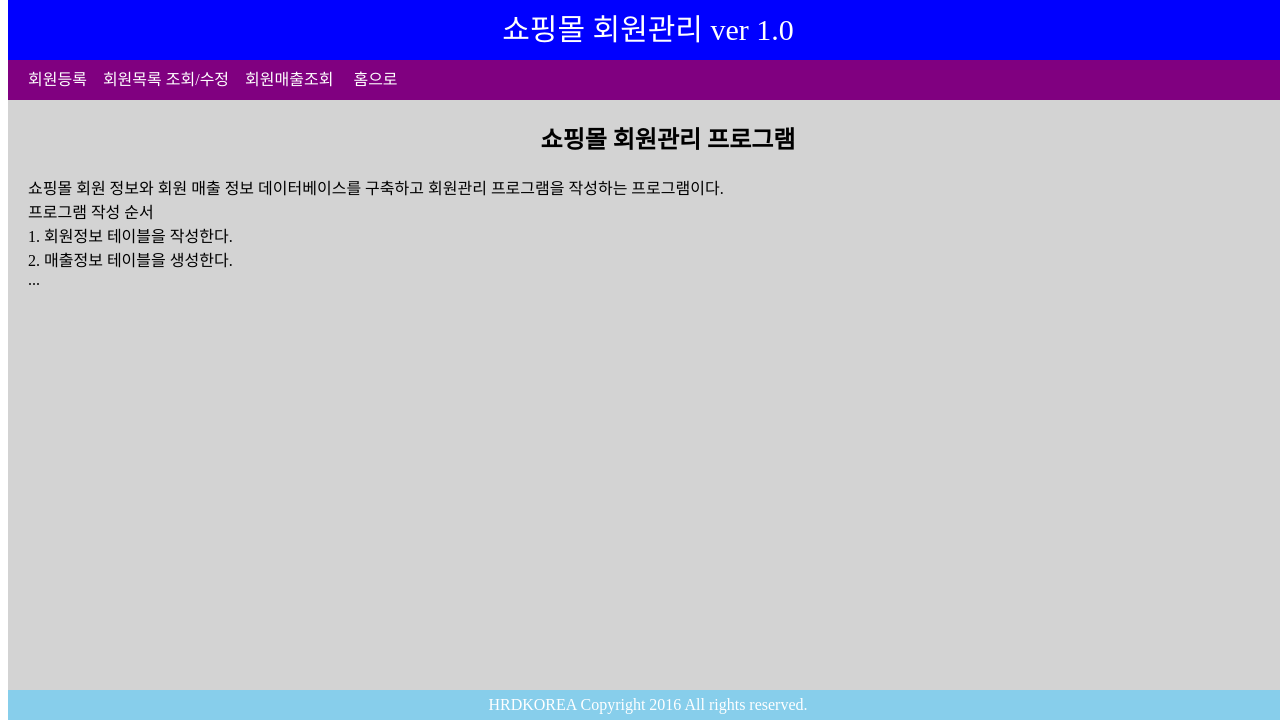
Repository: haileylee94/mini-project
Page: http://localhost/hrd/
The author's editor kept a copy of each file at every save. The page is drawn from the files as they stood at one save, then again after the next save.
The browser window is 1280 px wide. The pictures show the whole page.
The page is served by Tomcat 9.

Above is the page before, as saved 2022-11-17 10:30:25.

After the next save:
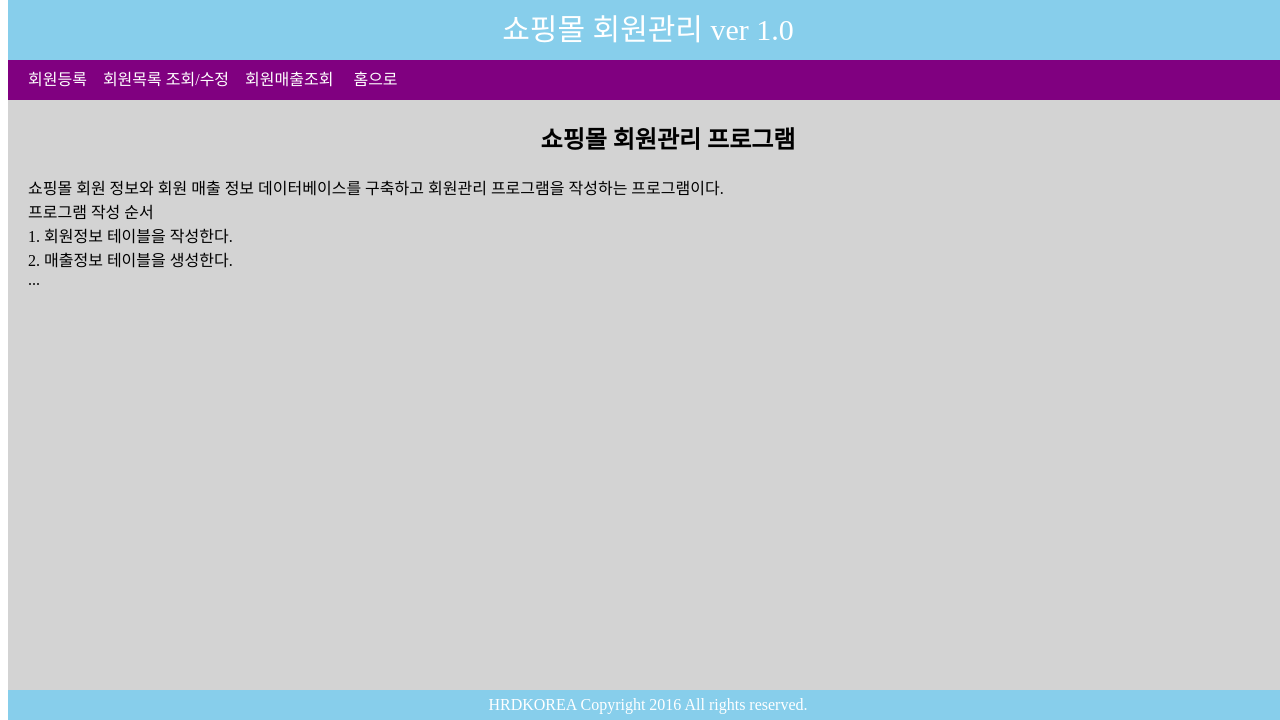
Saved 49 s later.
--- a/hrd/WebContent/index.jsp
+++ b/hrd/WebContent/index.jsp
@@ -11,7 +11,7 @@
 		top:0px;
 		width:100%;
 		height: 60px;
-		background-color: blue;
+		background-color: skyblue;
 		color: white;
 		text-align: center;
 		line-height: 60px;
